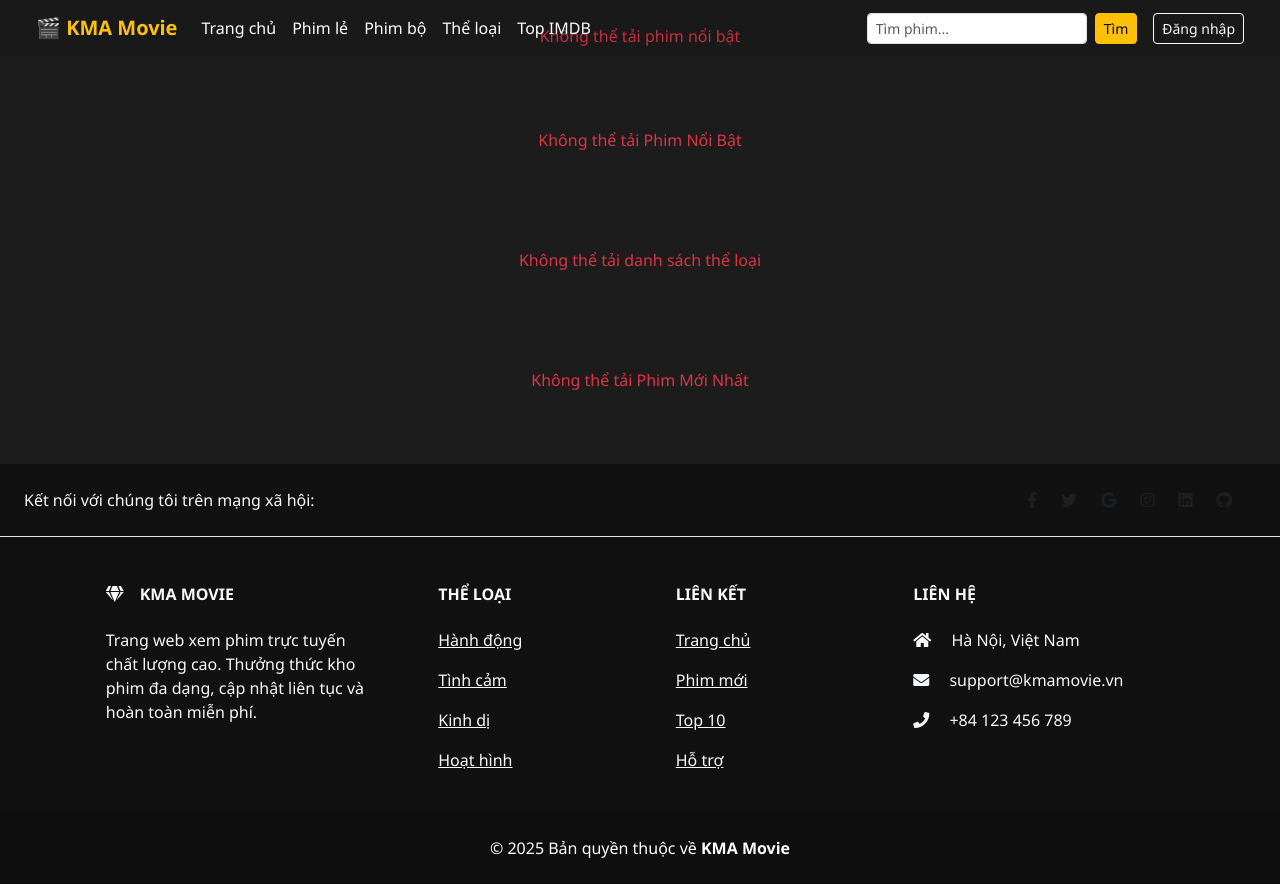
Repository: takagi2004/KMA_Nhom27_TTCS_WebXemFilm_FonEnd
Page: /
An editor plug-in stored every save of this project. The page is shown before and after the next save, followed by the edit.
The browser window is 1280 px wide. The pictures show the whole page.
The page's requests for data from a server got no answer. The project was rebuilt for these pictures with package versions that can differ from the ones it lists, and the page was loaded fresh each time. No one was signed in, and anything a server would have sent is missing. Also part of the build but not shown: src/layout/danhsachphim/Props/PhimCard.tsx.

Above is the page before, as saved 2025-08-07 02:22:48.

### public/index.html
<!DOCTYPE html>
<html lang="en">
  <head>
    <meta charset="utf-8" />
    <link rel="icon" href="%PUBLIC_URL%/favicon.ico" />
    <meta name="viewport" content="width=device-width, initial-scale=1" />
    <meta name="theme-color" content="#000000" />
    <meta
      name="description"
      content="Web site created using create-react-app"
    />
    <link rel="apple-touch-icon" href="%PUBLIC_URL%/logo192.png" />
    <!--
      manifest.json provides metadata used when your web app is installed on a
      user's mobile device or desktop. See https://developers.google.com/web/fundamentals/web-app-manifest/
    -->
    <link rel="manifest" href="%PUBLIC_URL%/manifest.json" />
    <!--
      Notice the use of %PUBLIC_URL% in the tags above.
      It will be replaced with the URL of the `public` folder during the build.
      Only files inside the `public` folder can be referenced from the HTML.

      Unlike "/favicon.ico" or "favicon.ico", "%PUBLIC_URL%/favicon.ico" will
      work correctly both with client-side routing and a non-root public URL.
      Learn how to configure a non-root public URL by running `npm run build`.
    -->
    <link href="https://cdn.jsdelivr.net/npm/bootstrap@5.3.7/dist/css/bootstrap.min.css" rel="stylesheet" integrity="sha384-LN+7fdVzj6u52u30Kp6M/trliBMCMKTyK833zpbD+pXdCLuTusPj697FH4R/5mcr" crossorigin="anonymous">
    <link rel="stylesheet" href="https://cdnjs.cloudflare.com/ajax/libs/font-awesome/5.15.3/css/all.min.css">
    <title>Xem Phim Hay,Mới Nhất Tại Phimmoi.com</title>
  </head>
  <body>
    <noscript>You need to enable JavaScript to run this app.</noscript>
    <div id="root"></div>
    <!--
      This HTML file is a template.
      If you open it directly in the browser, you will see an empty page.

      You can add webfonts, meta tags, or analytics to this file.
      The build step will place the bundled scripts into the <body> tag.

      To begin the development, run `npm start` or `yarn start`.
      To create a production bundle, use `npm run build` or `yarn build`.
    -->
    <script src="https://cdn.jsdelivr.net/npm/bootstrap@5.3.7/dist/js/bootstrap.bundle.min.js" integrity="sha384-ndDqU0Gzau9qJ1lfW4pNLlhNTkCfHzAVBReH9diLvGRem5+R9g2FzA8ZGN954O5Q" crossorigin="anonymous"></script>
  </body>
</html>

### src/App.tsx
import React from 'react';
import './App.css';
import Hompage from './layout/Hompage';

function App() {
  return (
    <div className="App">
       <Hompage />
    </div>
  );
}

export default App;

### src/layout/Hompage.tsx
import DanhSachPhim from "./danhsachphim/DanhSachPhim";
import Footer from "./header/foode-narbar-carosel/Footer";
import Header from "./header/Header";
import React from "react";
function Hompage() {
  return (
    <div className="App">
       <Header />
       <Footer />
    </div>
  );
}

export default Hompage;

### src/layout/header/foode-narbar-carosel/Footer.tsx
import React from "react";

/**
 * Footer cho trang web xem phim
 * - Responsive đầy đủ (mobile, tablet, desktop)
 * - Có phần mạng xã hội + liên hệ + link nhanh
 * - Thiết kế nền tối phù hợp trang xem phim
 */
const Footer: React.FC = () => {
  return (
    <footer className="text-center text-lg-start text-muted" style={{ backgroundColor: "#111" }}>
      {/* ====================== MẠNG XÃ HỘI ====================== */}
      <section className="d-flex justify-content-center justify-content-lg-between p-4 border-bottom">
        {/* Bên trái - chỉ hiện trên màn hình lớn */}
        <div className="me-5 d-none d-lg-block text-light">
          <span>Kết nối với chúng tôi trên mạng xã hội:</span>
        </div>

        {/* Bên phải - icon mạng xã hội */}
        <div>
          <a href="#" className="me-4 text-reset text-light"><i className="fab fa-facebook-f"></i></a>
          <a href="#" className="me-4 text-reset text-light"><i className="fab fa-twitter"></i></a>
          <a href="#" className="me-4 text-reset text-light"><i className="fab fa-google"></i></a>
          <a href="#" className="me-4 text-reset text-light"><i className="fab fa-instagram"></i></a>
          <a href="#" className="me-4 text-reset text-light"><i className="fab fa-linkedin"></i></a>
          <a href="#" className="me-4 text-reset text-light"><i className="fab fa-github"></i></a>
        </div>
      </section>

      {/* ====================== LIÊN KẾT NHANH ====================== */}
      <section>
        <div className="container text-center text-md-start mt-5 text-light">
          <div className="row mt-3">
            {/* Cột 1 - Giới thiệu */}
            <div className="col-md-3 col-lg-4 col-xl-3 mx-auto mb-4">
              <h6 className="text-uppercase fw-bold mb-4">
                <i className="fas fa-gem me-3"></i>KMA Movie
              </h6>
              <p>
                Trang web xem phim trực tuyến chất lượng cao.
                Thưởng thức kho phim đa dạng, cập nhật liên tục và hoàn toàn miễn phí.
              </p>
            </div>

            {/* Cột 2 - Thể loại */}
            <div className="col-md-2 col-lg-2 col-xl-2 mx-auto mb-4">
              <h6 className="text-uppercase fw-bold mb-4">Thể loại</h6>
              <p><a href="#" className="text-reset">Hành động</a></p>
              <p><a href="#" className="text-reset">Tình cảm</a></p>
              <p><a href="#" className="text-reset">Kinh dị</a></p>
              <p><a href="#" className="text-reset">Hoạt hình</a></p>
            </div>

            {/* Cột 3 - Liên kết hữu ích */}
            <div className="col-md-3 col-lg-2 col-xl-2 mx-auto mb-4">
              <h6 className="text-uppercase fw-bold mb-4">Liên kết</h6>
              <p><a href="#" className="text-reset">Trang chủ</a></p>
              <p><a href="#" className="text-reset">Phim mới</a></p>
              <p><a href="#" className="text-reset">Top 10</a></p>
              <p><a href="#" className="text-reset">Hỗ trợ</a></p>
            </div>

            {/* Cột 4 - Liên hệ */}
            <div className="col-md-4 col-lg-3 col-xl-3 mx-auto mb-md-0 mb-4">
              <h6 className="text-uppercase fw-bold mb-4">Liên hệ</h6>
              <p><i className="fas fa-home me-3"></i> Hà Nội, Việt Nam</p>
              <p><i className="fas fa-envelope me-3"></i> support@kmamovie.vn</p>
              <p><i className="fas fa-phone me-3"></i> +84 123 456 789</p>
            </div>
          </div>
        </div>
      </section>

      {/* ====================== COPYRIGHT ====================== */}
      <div
        className="text-center p-4"
        style={{ backgroundColor: "rgba(0, 0, 0, 0.2)", color: "#fff" }}
      >
        © 2025 Bản quyền thuộc về <strong>KMA Movie</strong>
      </div>
    </footer>
  );
};

export default Footer;

### src/layout/header/Header.tsx
import React from "react";
import DanhSachPhim from "../danhsachphim/DanhSachPhim";
import { PhimAPI } from "../../api/PhimAPI";
import Navbar from "./foode-narbar-carosel/Narbar";
import Carousel from "./foode-narbar-carosel/Carousel";
import "../../App.css"; // CSS chính
import DanhSachTheLoai from "../danhsachphim/DanhSachTheloai";

const Header: React.FC = () => {
  return (
    <div className="header-wrapper">
      {/* NAVBAR */}
      <Navbar />

      {/* CAROUSEL */}
      <div className="header-carousel">
        <Carousel />
      </div>

      {/* DANH SÁCH PHIM */}
      <main className="container-fluid header-main pb-5">
        {/* PHIM NỔI BẬT */}
        <DanhSachPhim
          title="Phim Nổi Bật"
          fetchApi={() => PhimAPI.getPhimNoiBat(30)}
        />

        {/* DANH SÁCH THỂ LOẠI */}
        <DanhSachTheLoai slidesToShow={8} />  {/* ✅ Thêm ở đây */}

        {/* PHIM MỚI NHẤT */}
        <DanhSachPhim
          title="Phim Mới Nhất"
          fetchApi={() => PhimAPI.getPhimMoiNhat(20)}
        />
      </main>
    </div>
  );
};

export default Header;

### src/layout/danhsachphim/DanhSachPhim.tsx
import React, { useEffect, useState } from "react";
import Slider from "react-slick";
import PhimModel from "../../model/PhimModel";
import PhimCard from "./Props/PhimCard";
import "slick-carousel/slick/slick.css";
import "slick-carousel/slick/slick-theme.css";

interface DanhSachPhimProps {
  title: string;
  fetchApi: () => Promise<PhimModel[]>;
  slidesToShow?: number;
}

const DanhSachPhim: React.FC<DanhSachPhimProps> = ({
  title,
  fetchApi,
  slidesToShow = 8,
}) => {
  const [phimList, setPhimList] = useState<PhimModel[]>([]);
  const [loading, setLoading] = useState(true);
  const [error, setError] = useState<string | null>(null);

  useEffect(() => {
    fetchApi()
      .then((data) => {
        setPhimList(data);
        setLoading(false);
      })
      .catch(() => {
        setError(`Không thể tải ${title}`);
        setLoading(false);
      });
  }, [fetchApi, title]);

  if (loading) return <div className="text-light p-4">Đang tải {title}...</div>;
  if (error) return <div className="text-danger p-4">{error}</div>;

  const settings = {
    dots: false,
    infinite: false,
    speed: 500,
    slidesToShow,
    slidesToScroll: slidesToShow,
    arrows: true,
    responsive: [
      {
        breakpoint: 1200,
        settings: { slidesToShow: Math.min(4, slidesToShow), slidesToScroll: 4 },
      },
      {
        breakpoint: 768,
        settings: { slidesToShow: 2, slidesToScroll: 2 },
      },
    ],
  };

  return (
    <div className="danh-sach-phim-wrapper">
      <div className="danh-sach-phim-container">
        <h3 className="mb-4 text-light fw-bold ps-4 text-start">{title}</h3>
        <div className="px-4">
          <Slider {...settings}>
            {phimList.map((phim) => (
              <div key={phim.idPhim} className="px-2">
                <PhimCard phim={phim} />
              </div>
            ))}
          </Slider>
        </div>
      </div>
    </div>
  );
};

export default DanhSachPhim;

### src/api/PhimAPI.ts
import axios from "axios";
import PhimModel from "../model/PhimModel";

const API_BASE_URL = "http://localhost:8080/api/phim";

export const PhimAPI = {
    // 1. Lấy tất cả phim
    getAllPhim: async (): Promise<PhimModel[]> => {
        const response = await axios.get<PhimModel[]>(`${API_BASE_URL}/all`);
        return response.data;
    },

    // 2. Lấy top phim thịnh hành
    getTopThinhHanh: async (limit: number = 10): Promise<PhimModel[]> => {
        const response = await axios.get<PhimModel[]>(`${API_BASE_URL}/top?limit=${limit}`);
        return response.data;
    },

    // 3. Lấy phim nổi bật (cho carousel)
    getPhimNoiBat: async (limit: number = 5): Promise<PhimModel[]> => {
        const response = await axios.get<PhimModel[]>(`${API_BASE_URL}/noi-bat?limit=${limit}`);
        return response.data;
    },

    // 4. Lấy chi tiết 1 phim theo ID
    getPhimById: async (id: number): Promise<PhimModel> => {
        const response = await axios.get<PhimModel>(`${API_BASE_URL}/${id}`);
        return response.data;
    },

    // 5. (Optional) Tìm kiếm phim theo từ khóa
    searchPhim: async (keyword: string): Promise<PhimModel[]> => {
        const response = await axios.get<PhimModel[]>(`${API_BASE_URL}/search?keyword=${encodeURIComponent(keyword)}`);
        return response.data;
    },
    // 6. Lấy phim mới nhất
    getPhimMoiNhat: async (limit: number = 10): Promise<PhimModel[]> => {
        const response = await axios.get<PhimModel[]>(`${API_BASE_URL}/moi-nhat?limit=${limit}`);
        return response.data;
    }
};

### src/layout/header/foode-narbar-carosel/Narbar.tsx
import React, { useEffect, useState } from "react";
import "./../../../App.css";

const Navbar: React.FC = () => {
  const [scrolled, setScrolled] = useState(false);

  // Theo dõi sự kiện scroll để đổi trạng thái navbar
  useEffect(() => {
    const handleScroll = () => {
      if (window.scrollY > 50) {
        setScrolled(true);
      } else {
        setScrolled(false);
      }
    };

    window.addEventListener("scroll", handleScroll);
    return () => {
      window.removeEventListener("scroll", handleScroll);
    };
  }, []);

  return (
    <nav
      className={`navbar navbar-expand-lg fixed-top px-4 ${
        scrolled ? "navbar-dark bg-dark shadow" : "navbar-dark bg-transparent"
      }`}
    >
      <div className="container-fluid">
        {/* Logo */}
        <a className="navbar-brand fw-bold text-warning" href="/">
          🎬 KMA Movie
        </a>

        {/* Menu icon mobile */}
        <button
          className="navbar-toggler"
          type="button"
          data-bs-toggle="collapse"
          data-bs-target="#navbarMovie"
          aria-controls="navbarMovie"
          aria-expanded="false"
          aria-label="Toggle navigation"
        >
          <span className="navbar-toggler-icon"></span>
        </button>

        {/* Menu */}
        <div className="collapse navbar-collapse" id="navbarMovie">
          <ul className="navbar-nav me-auto mb-2 mb-lg-0">
            <li className="nav-item"><a className="nav-link active" href="/">Trang chủ</a></li>
            <li className="nav-item"><a className="nav-link" href="/phim-le">Phim lẻ</a></li>
            <li className="nav-item"><a className="nav-link" href="/phim-bo">Phim bộ</a></li>
            <li className="nav-item"><a className="nav-link" href="/the-loai">Thể loại</a></li>
            <li className="nav-item"><a className="nav-link" href="/top-imdb">Top IMDB</a></li>
          </ul>

          {/* Search */}
          <form className="d-flex me-3">
            <input
              className="form-control form-control-sm me-2"
              type="search"
              placeholder="Tìm phim..."
            />
            <button className="btn btn-sm btn-warning" type="submit">
              Tìm
            </button>
          </form>

          {/* Icon user */}
          <a className="btn btn-outline-light btn-sm">Đăng nhập</a>
        </div>
      </div>
    </nav>
  );
};

export default Navbar;

### src/layout/danhsachphim/DanhSachTheloai.tsx
import React, { useEffect, useState } from "react";
import Slider from "react-slick";
import PhimCard from "../danhsachphim/Props/PhimCard";
import "slick-carousel/slick/slick.css";
import "slick-carousel/slick/slick-theme.css";
import { TheLoaiModel } from "../../model/TheLoaiMode";
import { TheLoaiAPI } from "../../api/TheloaiApi";

interface DanhSachTheLoaiProps {
  slidesToShow?: number;
}

const DanhSachTheLoai: React.FC<DanhSachTheLoaiProps> = ({ slidesToShow = 8 }) => {
  const [theLoaiList, setTheLoaiList] = useState<TheLoaiModel[]>([]);
  const [loading, setLoading] = useState(true);
  const [error, setError] = useState<string | null>(null);

  useEffect(() => {
    TheLoaiAPI.getAllTheLoaiWithPhim()
      .then((data) => {
        setTheLoaiList(data);
        setLoading(false);
      })
      .catch(() => {
        setError("Không thể tải danh sách thể loại");
        setLoading(false);
      });
  }, []);

  if (loading) return <div className="text-light p-4">Đang tải thể loại...</div>;
  if (error) return <div className="text-danger p-4">{error}</div>;

  const settings = {
    dots: false,
    infinite: false,
    speed: 500,
    slidesToShow,
    slidesToScroll: slidesToShow,
    arrows: true,
    responsive: [
      {
        breakpoint: 1200,
        settings: { slidesToShow: Math.min(4, slidesToShow), slidesToScroll: 4 },
      },
      {
        breakpoint: 768,
        settings: { slidesToShow: 2, slidesToScroll: 2 },
      },
    ],
  };

  return (
    <div className="danh-sach-the-loai-wrapper">
      {theLoaiList.map((theLoai) => (
        <div key={theLoai.idTheLoai} className="mb-5">
          <h3 className="mb-4 text-light fw-bold ps-4 text-start">
            {theLoai.tenTheLoai}
          </h3>
          {theLoai.phimList && theLoai.phimList.length > 0 ? (
            <div className="px-4">
              <Slider {...settings}>
                {theLoai.phimList.map((phim) => (
                  <div key={phim.idPhim} className="px-2">
                    <PhimCard phim={phim} />
                  </div>
                ))}
              </Slider>
            </div>
          ) : (
            <div className="text-light ps-4">Chưa có phim nào.</div>
          )}
        </div>
      ))}
    </div>
  );
};

export default DanhSachTheLoai;

### src/api/TheloaiApi.ts
import axios from "axios";
import { TheLoaiModel } from "../model/TheLoaiMode";
import PhimModel from "../model/PhimModel";

const API_BASE_URL = "http://localhost:8080/api/the-loai"; // Đổi theo backend

export const TheLoaiAPI = {
  /** Lấy tất cả thể loại kèm danh sách phim */
  getAllTheLoaiWithPhim: async (): Promise<TheLoaiModel[]> => {
    const res = await axios.get<TheLoaiModel[]>(`${API_BASE_URL}`);
    return res.data;
  },

  /** Lấy danh sách phim theo id thể loại */
  getPhimByTheLoaiId: async (id: number): Promise<PhimModel[]> => {
    const res = await axios.get<PhimModel[]>(`${API_BASE_URL}/${id}/phim`);
    return res.data;
  }
};

Loaded but not shown: src/index.tsx (common file); src/index.css (common file); src/reportWebVitals.ts (common file); src/App.css (253 lines, source omitted); src/layout/header/foode-narbar-carosel/Carousel.tsx (110 lines, source omitted)

After the next save:
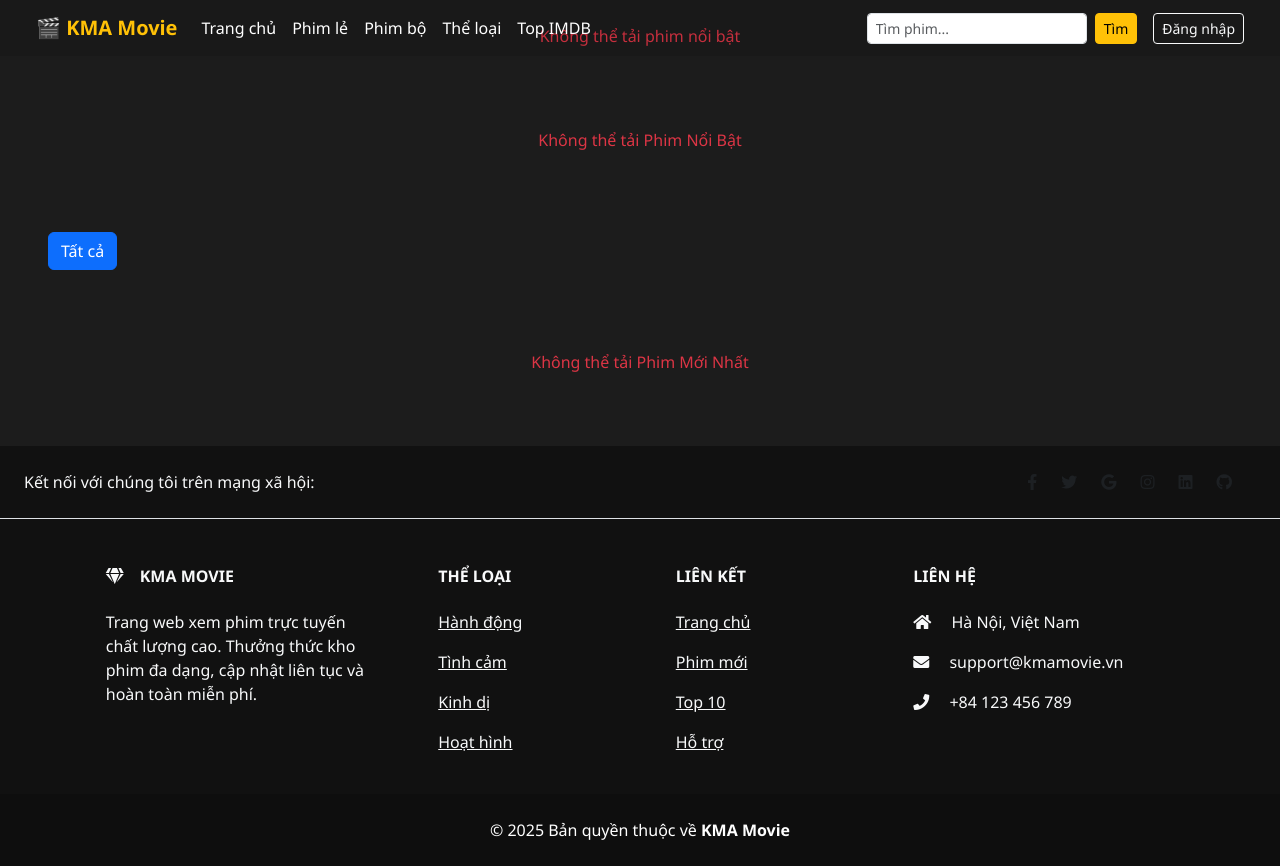
Saved 5 min 13 s later.
--- a/src/layout/danhsachphim/DanhSachTheloai.tsx
+++ b/src/layout/danhsachphim/DanhSachTheloai.tsx
@@ -1,78 +1,45 @@
 import React, { useEffect, useState } from "react";
-import Slider from "react-slick";
-import PhimCard from "../danhsachphim/Props/PhimCard";
-import "slick-carousel/slick/slick.css";
-import "slick-carousel/slick/slick-theme.css";
+import { TheLoaiAPI } from "../../api/TheloaiApi";
 import { TheLoaiModel } from "../../model/TheLoaiMode";
-import { TheLoaiAPI } from "../../api/TheloaiApi";
 
-interface DanhSachTheLoaiProps {
-  slidesToShow?: number;
+interface ThanhTheLoaiProps {
+  onChonTheLoai?: (id: number | null) => void; // callback khi chọn thể loại
 }
 
-const DanhSachTheLoai: React.FC<DanhSachTheLoaiProps> = ({ slidesToShow = 8 }) => {
+const ThanhTheLoai: React.FC<ThanhTheLoaiProps> = ({ onChonTheLoai }) => {
   const [theLoaiList, setTheLoaiList] = useState<TheLoaiModel[]>([]);
-  const [loading, setLoading] = useState(true);
-  const [error, setError] = useState<string | null>(null);
+  const [activeId, setActiveId] = useState<number | null>(null);
 
   useEffect(() => {
     TheLoaiAPI.getAllTheLoaiWithPhim()
-      .then((data) => {
-        setTheLoaiList(data);
-        setLoading(false);
-      })
-      .catch(() => {
-        setError("Không thể tải danh sách thể loại");
-        setLoading(false);
-      });
+      .then((data) => setTheLoaiList(data))
+      .catch(() => console.error("Không thể tải danh sách thể loại"));
   }, []);
 
-  if (loading) return <div className="text-light p-4">Đang tải thể loại...</div>;
-  if (error) return <div className="text-danger p-4">{error}</div>;
-
-  const settings = {
-    dots: false,
-    infinite: false,
-    speed: 500,
-    slidesToShow,
-    slidesToScroll: slidesToShow,
-    arrows: true,
-    responsive: [
-      {
-        breakpoint: 1200,
-        settings: { slidesToShow: Math.min(4, slidesToShow), slidesToScroll: 4 },
-      },
-      {
-        breakpoint: 768,
-        settings: { slidesToShow: 2, slidesToScroll: 2 },
-      },
-    ],
+  const handleChon = (id: number | null) => {
+    setActiveId(id);
+    if (onChonTheLoai) onChonTheLoai(id);
   };
 
   return (
-    <div className="danh-sach-the-loai-wrapper">
-      {theLoaiList.map((theLoai) => (
-        <div key={theLoai.idTheLoai} className="mb-5">
-          <h3 className="mb-4 text-light fw-bold ps-4 text-start">
-            {theLoai.tenTheLoai}
-          </h3>
-          {theLoai.phimList && theLoai.phimList.length > 0 ? (
-            <div className="px-4">
-              <Slider {...settings}>
-                {theLoai.phimList.map((phim) => (
-                  <div key={phim.idPhim} className="px-2">
-                    <PhimCard phim={phim} />
-                  </div>
-                ))}
-              </Slider>
-            </div>
-          ) : (
-            <div className="text-light ps-4">Chưa có phim nào.</div>
-          )}
-        </div>
+    <div className="thanh-the-loai d-flex flex-nowrap overflow-auto py-2 px-3">
+      <button
+        className={`btn me-2 ${activeId === null ? "btn-primary" : "btn-outline-primary"}`}
+        onClick={() => handleChon(null)}
+      >
+        Tất cả
+      </button>
+      {theLoaiList.map((tl) => (
+        <button
+          key={tl.idTheLoai}
+          className={`btn me-2 ${activeId === tl.idTheLoai ? "btn-primary" : "btn-outline-primary"}`}
+          onClick={() => handleChon(tl.idTheLoai)}
+        >
+          {tl.tenTheLoai}
+        </button>
       ))}
     </div>
   );
 };
 
-export default DanhSachTheLoai;
+export default ThanhTheLoai;
